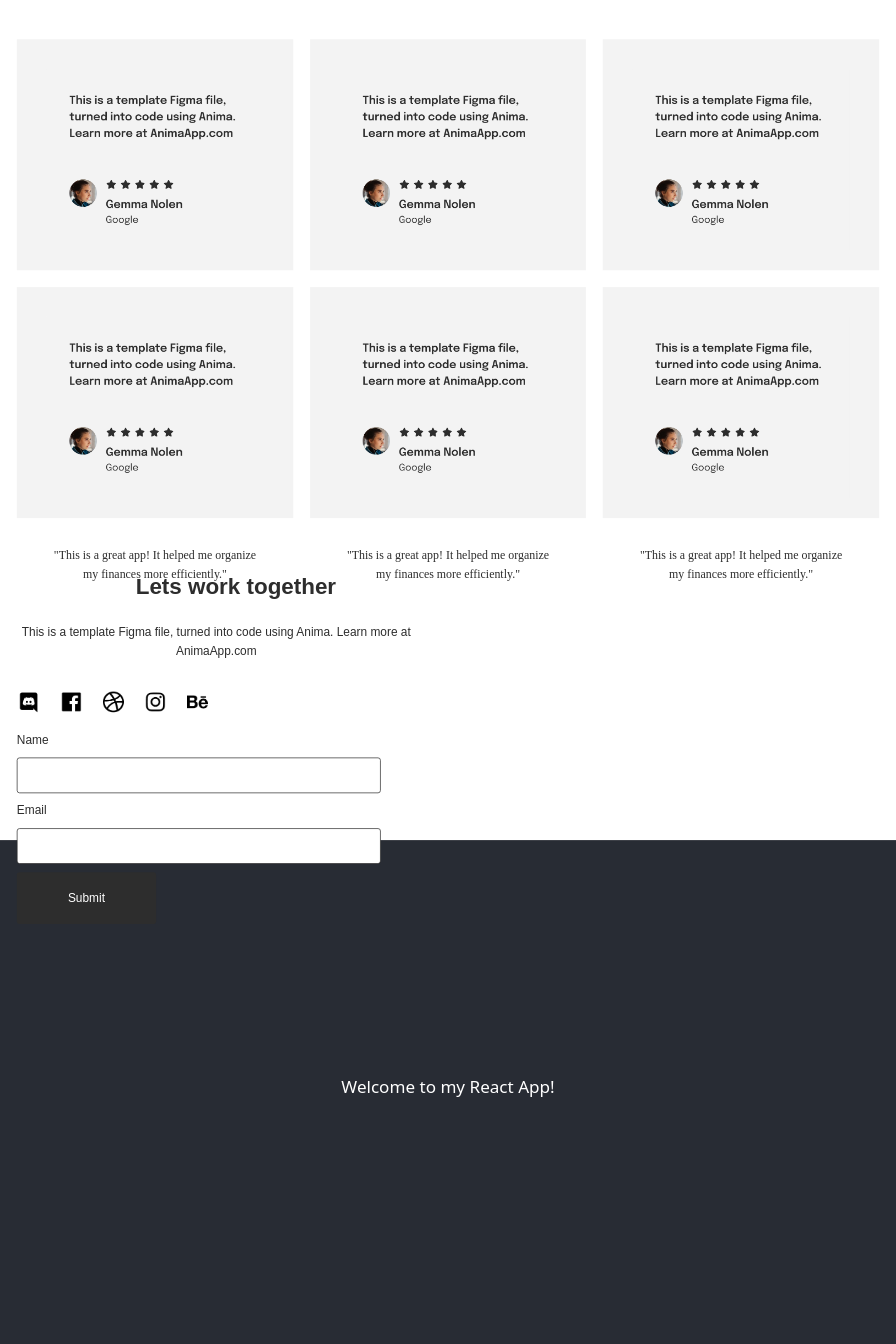
Repository: nida463/project-portofolio
Page: /
An editor plug-in stored every save of this project. The page is shown before and after a run of saves, followed by the edit.
The browser window is 1280 px wide. The pictures show the part of the page from y = 2193 to 4113 px (the page is 4113 px tall), at 70% of full size.
The project was rebuilt for these pictures with package versions that can differ from the ones it lists, and the page was loaded fresh each time.

Above is the page before, as saved 2024-09-18 11:21:17.

After the next 2 saves:
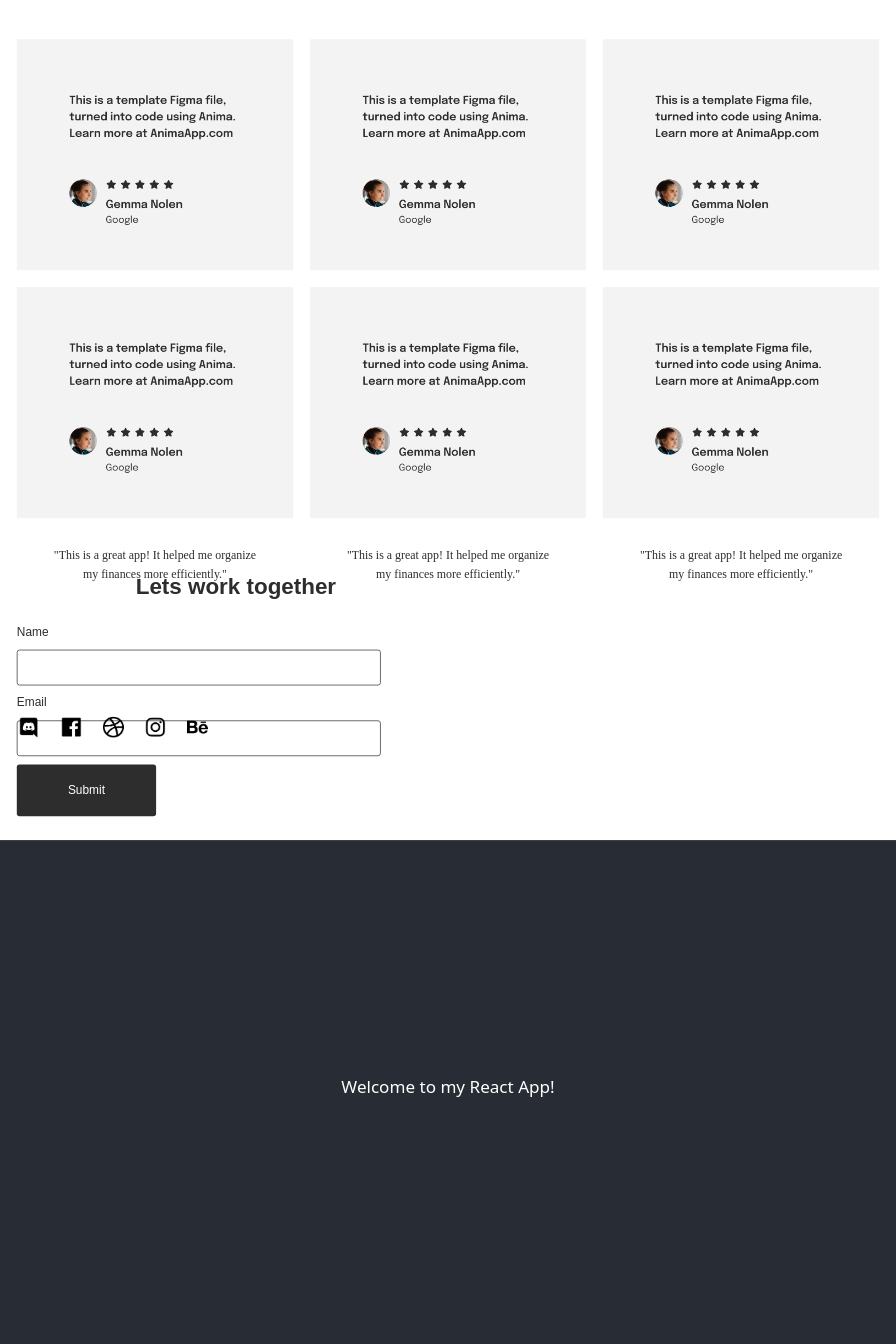
The 2 saves are shown as one change because they came seconds apart.
The last was saved 3 min 2 s later.
--- a/src/Components/Contact.js
+++ b/src/Components/Contact.js
@@ -6,25 +6,24 @@
   return (
     <section className="contact-section">
       <h2 className="contact-title">Lets work together</h2>
-      <p className="contact-description">
-        This is a template Figma file, turned into code using Anima. Learn more at AnimaApp.com
-      </p>
-      <div className="social-links">
-        <img src="/img/discord.png" alt="Discord" className="social-icon" />
-        <img src="/img/facebook.png" alt="Facebook" className="social-icon" />
-        <img src="/img/dribble.png" alt="Dribble" className="social-icon" />
-        <img src="/img/instagram.png" alt="Instagram" className="social-icon" />
-        <img src="/img/behance.png" alt="Behance" className="social-icon" />
+      <div className="contact-content">
+        <form className="contact-form">
+          <label htmlFor="name">Name</label>
+          <input type="text" id="name" name="name" required />
+
+          <label htmlFor="email">Email</label>
+          <input type="email" id="email" name="email" required />
+
+          <button type="submit" className="contact-button">Submit</button>
+        </form>
+        <div className="social-links">
+          <img src="/img/discord.png" alt="Discord" className="social-icon" />
+          <img src="/img/facebook.png" alt="Facebook" className="social-icon" />
+          <img src="/img/dribble.png" alt="Dribble" className="social-icon" />
+          <img src="/img/instagram.png" alt="Instagram" className="social-icon" />
+          <img src="/img/behance.png" alt="Behance" className="social-icon" />
+        </div>
       </div>
-      <form className="contact-form">
-        <label htmlFor="name">Name</label>
-        <input type="text" id="name" name="name" required />
-
-        <label htmlFor="email">Email</label>
-        <input type="email" id="email" name="email" required />
-
-        <button type="submit" className="contact-button">Submit</button>
-      </form>
     </section>
   );
 };
